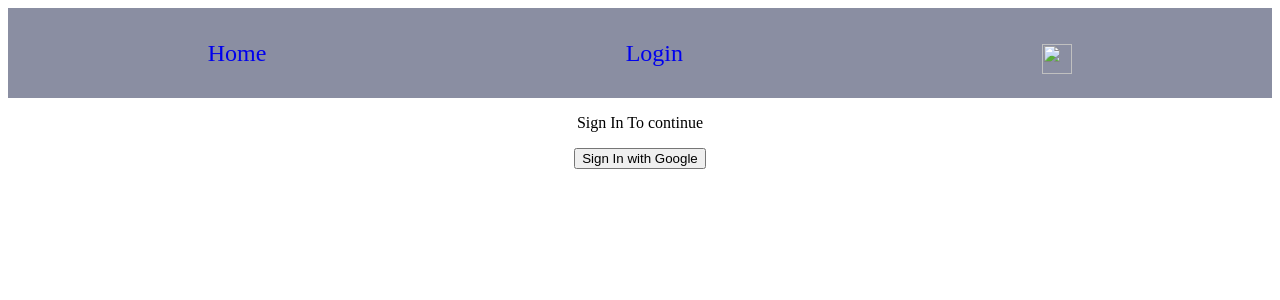
Repository: albinsabu2023/postapp
Page: /login
The author's editor kept a copy of each file at every save. The page is drawn from the files as they stood at one save, then again after the next save.
The browser window is 1280 px wide. The pictures show the whole page.
The project was rebuilt for these pictures with package versions that can differ from the ones it lists, and the page was loaded fresh each time. Also part of the build but not shown: src/Components/Home.tsx.

Above is the page before, as saved 2024-02-05 00:32:28.

### src/App.tsx
import  {BrowserRouter as Router,Routes,Route} from "react-router-dom"
import './App.css';
import Home from "./Components/Home";
import Login from "./Components/Login";
import Navbar from "./Components/Navbar";


function App() {
  return (
    <div className="App">
      <Router>
         <Navbar/>
        <Routes>
          <Route path ="/" element={<Home/>}/>
          <Route path="/login" element={<Login/>}/>
        </Routes>
      </Router>
    </div>
  );
}

export default App;

### src/Components/Login.tsx
import React from 'react'
import  {auth,provider}  from "../config/firebase"
import { signInWithPopup } from 'firebase/auth'
import { useNavigate } from 'react-router-dom'
function Login() {
    const navigate= useNavigate();
  const signWithGoogle =async()=>{
     const result= await signInWithPopup(auth,provider);
     console.log(result);
     navigate("/");
  }
  return (
    <div>
        <p>Sign In To continue</p>
        <button onClick={signWithGoogle}>Sign In with Google</button>
    </div>
  )
}

export default Login

### src/Components/Navbar.tsx
import React from 'react'
import { Link } from 'react-router-dom'
import  "./Navbar.css"
import {auth } from  "../config/firebase"
import { useAuthState } from 'react-firebase-hooks/auth'
function Navbar() {
    const  [user] =useAuthState(auth)
  return (
    <div className="navContainer">
        <Link to ="/">Home</Link>
        <Link to ="Login">Login</Link>
        <div>
            <p>{user?.displayName}</p>
            <img src={user?.photoURL|| "" } alt="" width="30" height="30"
            />
        </div>


    </div>
  )
}

export default Navbar

### src/config/firebase.ts
// Import the functions you need from the SDKs you need
import { initializeApp } from "firebase/app";
import {getAuth,GoogleAuthProvider} from "firebase/auth"
// Your web app's Firebase configuration
const firebaseConfig = {
  apiKey: "AIzaSyAXzQPkCsYKttYouVkFv4r2aLbj-85i5zE",
  authDomain: "react-course-dd6fc.firebaseapp.com",
  projectId: "react-course-dd6fc",
  storageBucket: "react-course-dd6fc.appspot.com",
  messagingSenderId: "692642929267",
  appId: "1:692642929267:web:22ba5d27ba69920755e806"
};
// Initialize Firebase
const app = initializeApp(firebaseConfig);
export const auth=getAuth(app);
export const provider = new GoogleAuthProvider();

### src/Components/Navbar.css
.navContainer{
    display: flex;
    align-items: center;
    justify-content: space-around;
    background-color: rgb(138, 142, 162);
    padding: 20px;



}
.navContainer :link{
    text-decoration:none;
    text-decoration-color: rgb(128, 127, 127);
    font-size: x-large;

}

Loaded but not shown: public/index.html (common file); src/index.tsx (common file); src/App.css (common file)

After the next save:
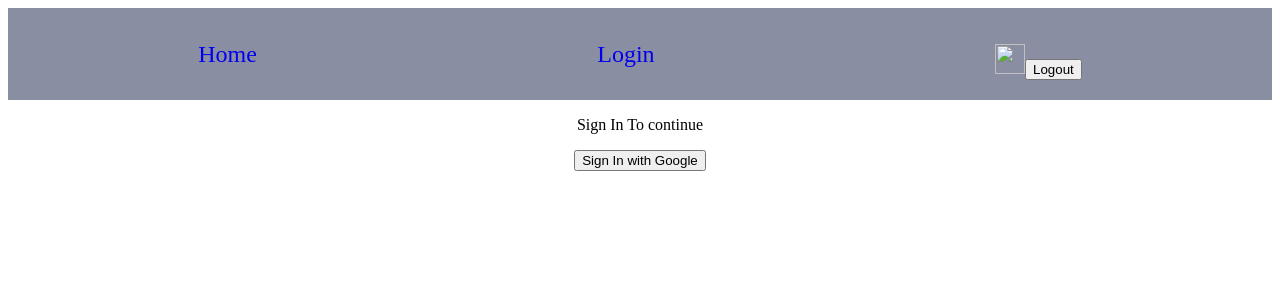
Saved 3 min 21 s later.
--- a/src/Components/Navbar.tsx
+++ b/src/Components/Navbar.tsx
@@ -3,8 +3,12 @@ import { Link } from 'react-router-dom'
 import  "./Navbar.css"
 import {auth } from  "../config/firebase"
 import { useAuthState } from 'react-firebase-hooks/auth'
+import { signOut } from 'firebase/auth'
 function Navbar() {
-    const  [user] =useAuthState(auth)
+    const  [user] =useAuthState(auth);
+    const signUserOut =async ()=>{
+        await signOut(auth);
+    }
   return (
     <div className="navContainer">
         <Link to ="/">Home</Link>
@@ -13,6 +17,7 @@ function Navbar() {
             <p>{user?.displayName}</p>
             <img src={user?.photoURL|| "" } alt="" width="30" height="30"
             />
+            <button onClick={signUserOut}>Logout</button>
         </div>
 
 
